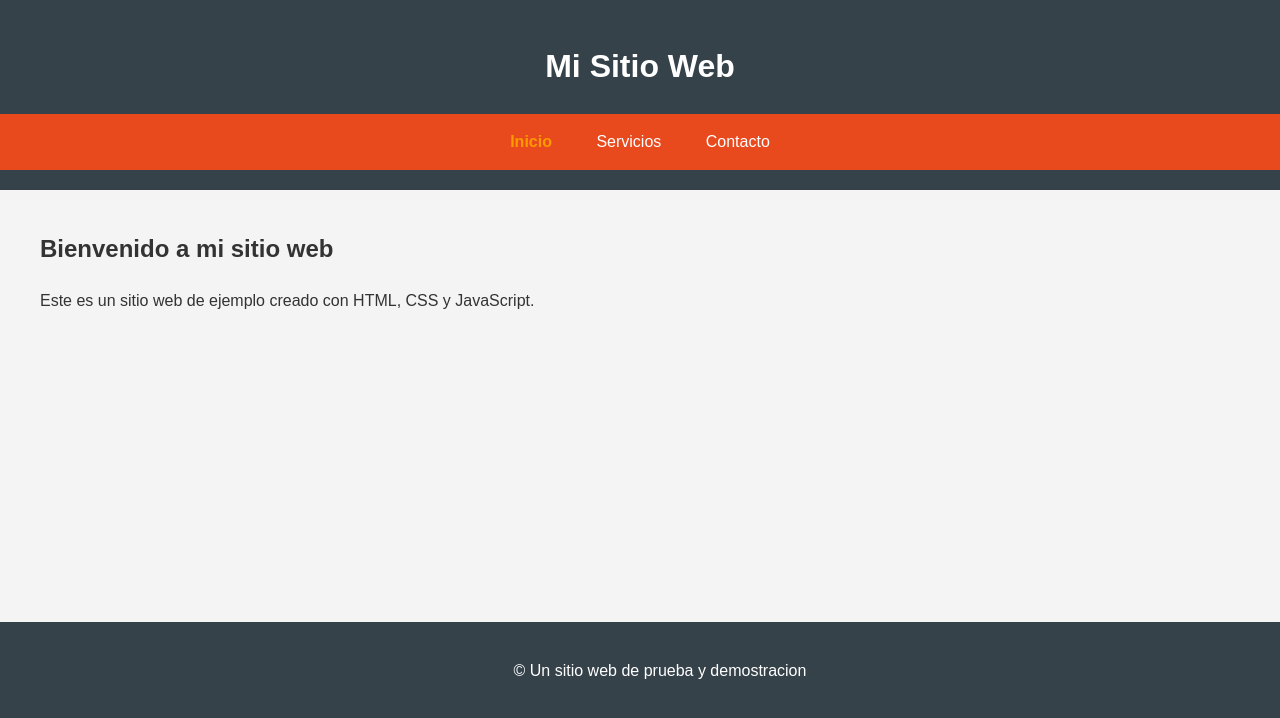
Repository: Sevanjo/Pagina_web
Page: HTML/index.html
The author's editor kept a copy of each file at every save. The page is drawn from the files as they stood at one save, then again after the next save.
The browser window is 1280 px wide. The pictures show the whole page.

Above is the page before, as saved 2025-04-20 19:04:24.

After the next save:
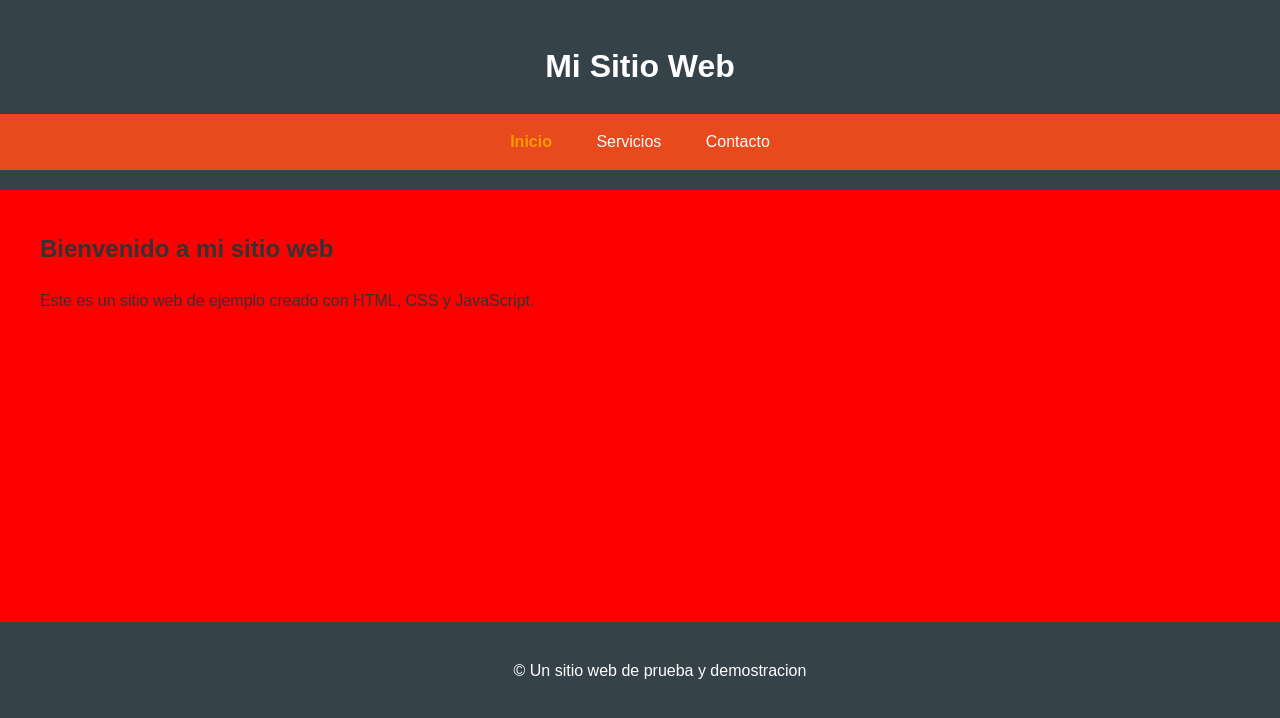
Saved 3 min 39 s later.
--- a/CSS/styles.css
+++ b/CSS/styles.css
@@ -5,8 +5,10 @@ body {
     margin: 0;
     padding: 0;
     color: #333;
-    background-color: #f4f4f4;
+    background-color: #ff0000;
 }
+
+
 
 header {
     background: #35424a;
